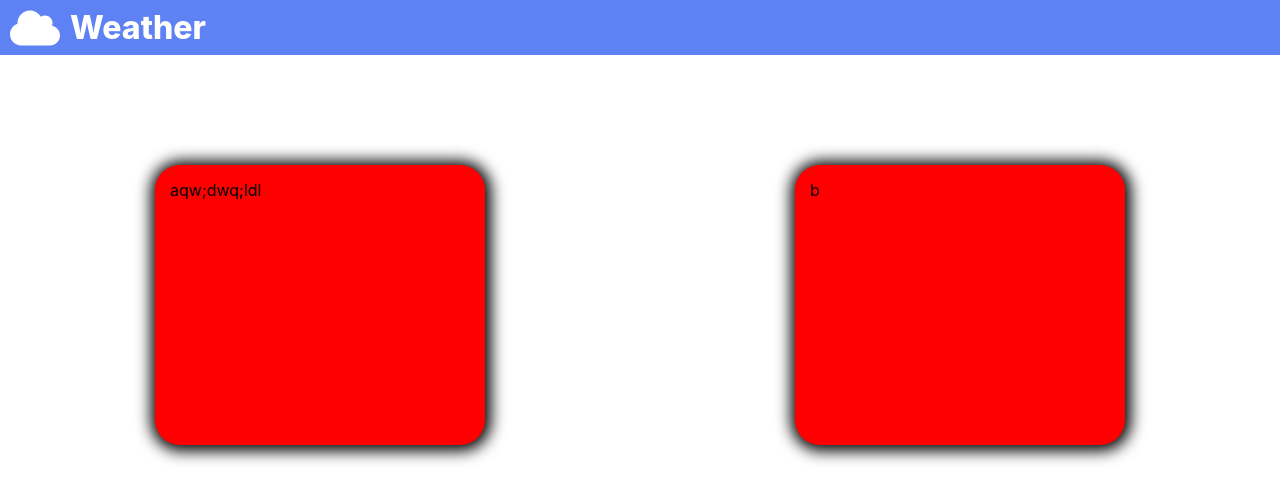
Repository: ahmedazawi/weather-app
Page: /
An editor plug-in stored every save of this project. The page is shown before and after the next save, followed by the edit.
The browser window is 1280 px wide. The pictures show the whole page.
The project was rebuilt for these pictures with package versions that can differ from the ones it lists, and the page was loaded fresh each time.

Above is the page before, as saved 2022-11-29 21:07:05.

After the next save:
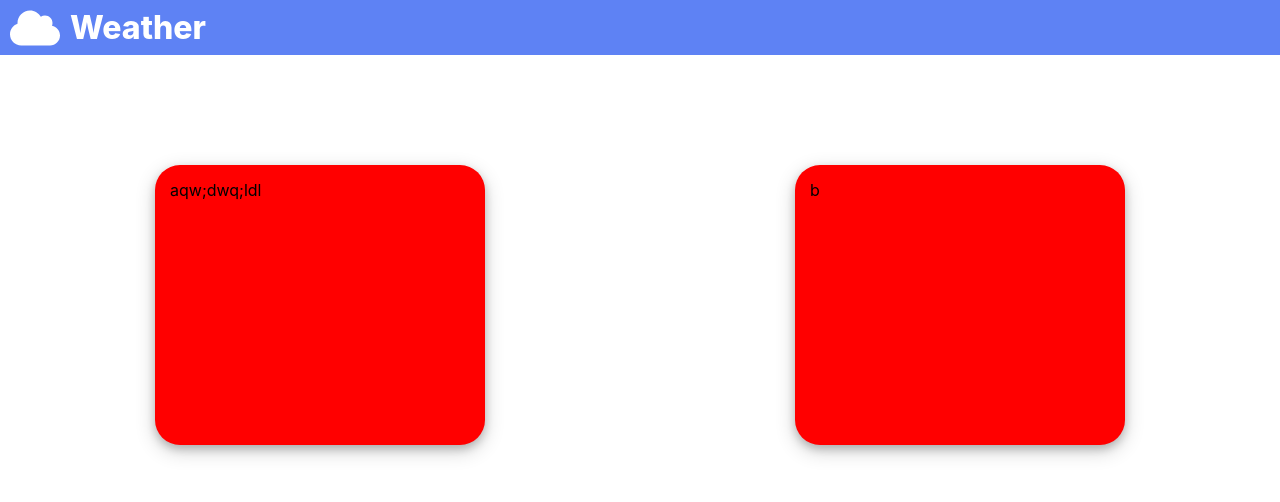
Saved 36 s later.
--- a/src/assets/css/details.css
+++ b/src/assets/css/details.css
@@ -18,5 +18,5 @@
   background-color: red;
   padding: 15px;
   border-radius: var(--borderRadius);
-  box-shadow: 1px 1px 15px 5px black;
+  box-shadow: 0 4px 8px 0 rgba(0, 0, 0, 0.2), 0 6px 20px 0 rgba(0, 0, 0, 0.19);
 }
